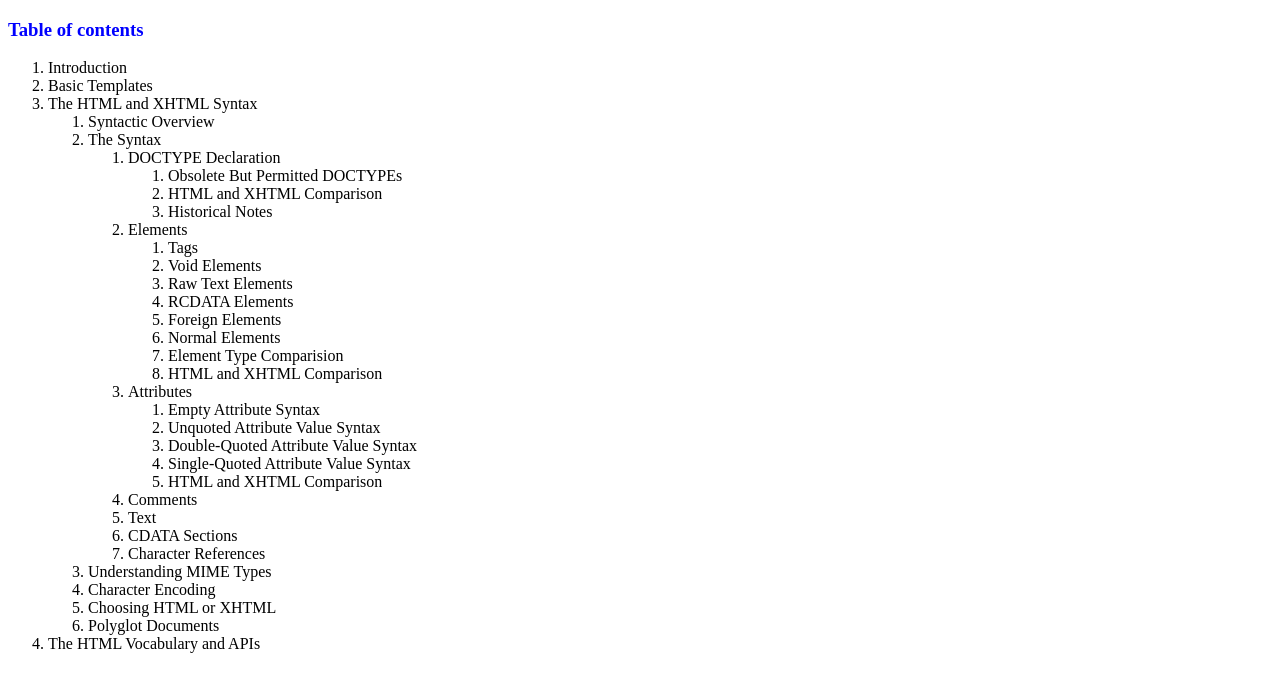
Repository: hb6700/client
Page: ClientTest/src/main/webapp/html/question/05_list.html
An editor plug-in stored every save of this project. The page is shown before and after the next save, followed by the edit.
The browser window is 1280 px wide. The pictures show the whole page.

Above is the page before, as saved 2023-09-20 03:42:47.

### ClientTest/src/main/webapp/html/question/05_list.html
<!DOCTYPE html>
<html>
	<head>
		<meta charset="UTF-8">
		<title>Insert title here</title>
	</head>
	<body>
		<h3 style="color:blue;">
			Table of contents
		</h3>
		<ol>
			<li>Introduction</li>
			<li>Basic Templates</li>
			<li>
				The HTML and XHTML Syntax
				<ol>
					<li>Syntactic Overview</li>
					<li>
						The Syntax
						<ol>
							<li>
								DOCTYPE Declaration
								<ol>
									<li>Obsolete But Permitted DOCTYPEs</li>
									<li>HTML and XHTML Comparison</li>
									<li>Historical Notes</li>
								</ol>
							</li>
							<li>
								Elements
								<ol>
									<li>Tags</li>
									<li>Void Elements</li>
									<li>Raw Text Elements</li>
									<li>RCDATA Elements</li>
									<li>Foreign Elements</li>
									<li>Normal Elements</li>
									<li>Element Type Comparision</li>
									<li>HTML and XHTML Comparison</li>
								</ol>
							</li>
							<li>
								Attributes
								<ol>
									<li>Empty Attribute Syntax</li>
									<li>Unquoted Attribute Value Syntax</li>
									<li>Double-Quoted Attribute Value Syntax</li>
									<li>Single-Quoted Attribute Value Syntax</li>
									<li>HTML and XHTML Comparison</li>
								</ol>
							</li>
							<li>Comments</li>
							<li>Text</li>
							<li>CDATA Sections</li>
							<li>Character References</li>
						</ol>
					</li>
					<li>Understanding MIME Types</li>
					<li>Character Encoding</li>
					<li>Choosing HTML or XHTML</li>
					<li>Polyglot Documents</li>
				</ol>
			</li>
			<li>The HTML Vocabulary and APIs</li>
		</ol>
	</body>
</html>

After the next save:
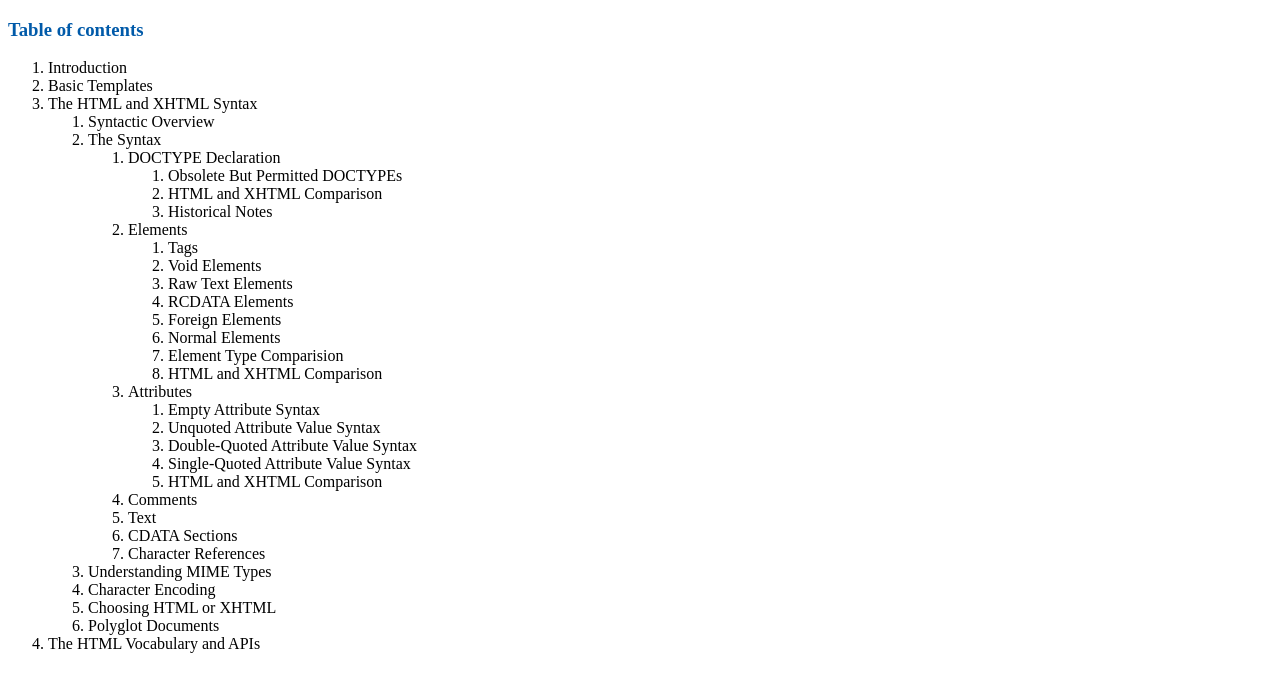
Saved 33 s later.
--- a/ClientTest/src/main/webapp/html/question/05_list.html
+++ b/ClientTest/src/main/webapp/html/question/05_list.html
@@ -5,7 +5,7 @@
 		<title>Insert title here</title>
 	</head>
 	<body>
-		<h3 style="color:blue;">
+		<h3 style="color:#005AA9;">
 			Table of contents
 		</h3>
 		<ol>
